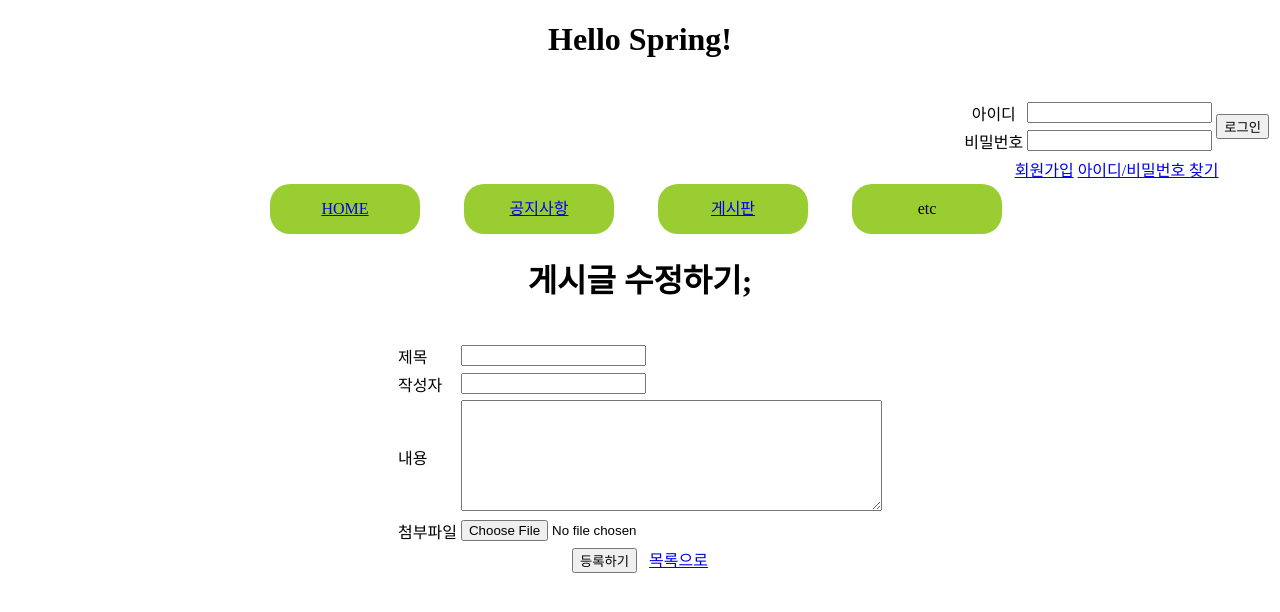
Repository: seokhwan-park/KH_workspace
Page: http://localhost/springProject/WEB-INF/views/board/boardUpdateForm.jsp
An editor plug-in stored every save of this project. The page is shown before and after the next save, followed by the edit.
The browser window is 1280 px wide. The pictures show the whole page.
The page is served by Tomcat 9. Nobody is signed in. The template is opened directly, without the code that normally fills it, so the values that code supplies are empty.

Above is the page before, as saved 2020-10-05 08:02:58.

After the next save:
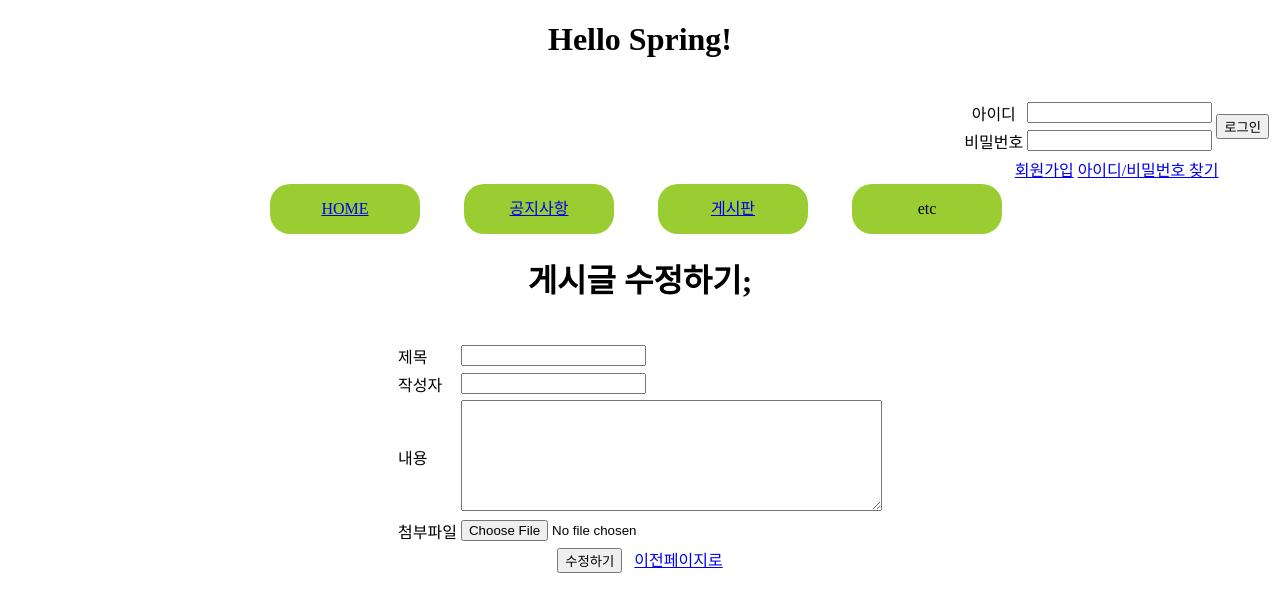
Saved 2 min 36 s later.
--- a/springworkspace/springProject/src/main/webapp/WEB-INF/views/board/boardUpdateForm.jsp
+++ b/springworkspace/springProject/src/main/webapp/WEB-INF/views/board/boardUpdateForm.jsp
@@ -47,8 +47,9 @@
 			</tr>
 			<tr>
 				<td colspan="2" align="center">
-					<input type="submit" value="등록하기"> &nbsp;
-					<a href="blist.do">목록으로</a>
+					<input type="submit" value="수정하기"> &nbsp;
+					<a href="javascript:history.go(-1)">이전페이지로</a>
+					<!-- javascript 객체 중 방문했던 모든 history를 모아두는 객체 여기서 .go(-1)을 하면 방금전의 페이지로 간다. -->
 				</td>
 			</tr>
 		</table>
